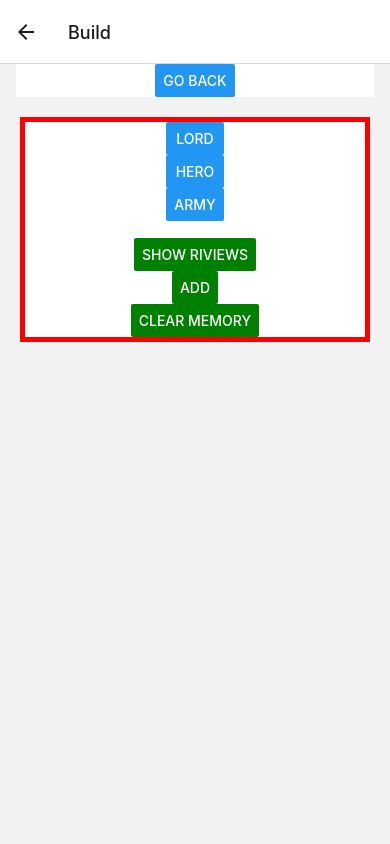
Repository: LingyuLiu11/mobile_app
Screen: /Build
The author's editor kept a copy of each file at every save. The screen is drawn from the files as they stood at one save, then again after a run of saves.
The app was drawn by React Native's web renderer in a window 390 px wide. The project was rebuilt for these pictures with package versions that can differ from the ones it lists, and the page was loaded fresh each time. Also part of the build but not shown: components/Reviews.js.

Above is the screen before, as saved 2021-10-25 00:41:20.

After the next 5 saves:
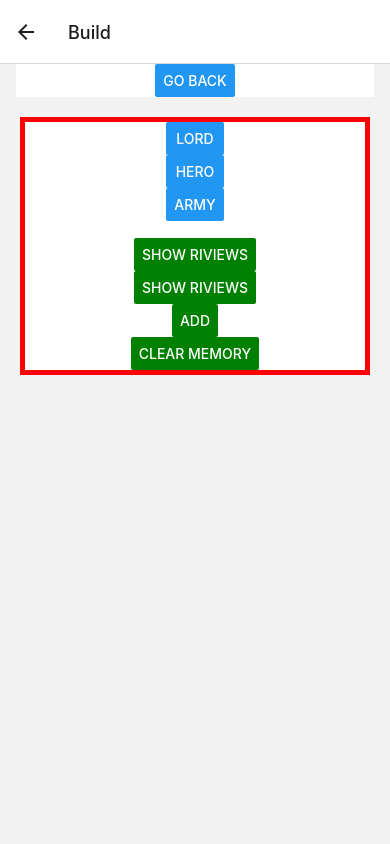
The 5 saves are shown as one change because they came seconds apart.
The last was saved 46 min 5 s later.
--- a/components/Builds.js
+++ b/components/Builds.js
@@ -30,7 +30,7 @@ const Builds = () => {
   if (debugging) {
     currView =
       <View>
-          <Text style ={{color:'pink'}}>curr build</Text>
+
           <Text style ={{color:'blue'}}>{curr}</Text>
 
         <Separator />
@@ -123,7 +123,11 @@ const Builds = () => {
             keyExtractor={item => item.id}
           />
           <Separator />
-
+          <Button
+                  title={(currlooking?'hide':'show')+" Riviews" }
+                  color="green"
+                  onPress = {() => setDebugging(!debugging)}
+                  />
           <currView/>
       <Button
                   title={(debugging?'hide':'show')+" Riviews" }
